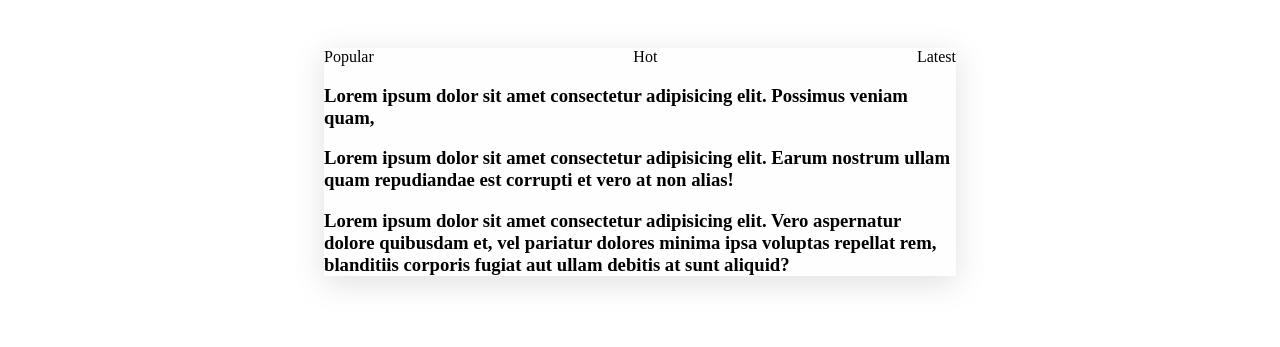
Repository: tungts3qb/Javascript
Page: tab.html
An editor plug-in stored every save of this project. The page is shown before and after the next save, followed by the edit.
The browser window is 1280 px wide. The pictures show the whole page.

Above is the page before, as saved 2022-12-25 00:51:20.

### tab.html
<!DOCTYPE html>
<html lang="en">
  <head>
    <meta charset="UTF-8" />
    <meta http-equiv="X-UA-Compatible" content="IE=edge" />
    <meta name="viewport" content="width=device-width, initial-scale=1.0" />
    <link rel="stylesheet" href="style.css" />
    <title>Tab</title>
  </head>
  <body>
    <div class="tab">
      <div class="tab-list">
        <div class="tab-item active">Popular</div>
        <div class="tab-item">Hot</div>
        <div class="tab-item">Latest</div>
      </div>
      <div class="tab-wrapper">
        <div class="tab-content active">
          <h3 class="post-title">
            Lorem ipsum dolor sit amet consectetur adipisicing elit. Possimus
            veniam quam,
          </h3>
        </div>

        <div class="tab-content">
          <h3 class="post-title">
            Lorem ipsum dolor sit amet consectetur adipisicing elit. Earum
            nostrum ullam quam repudiandae est corrupti et vero at non alias!
          </h3>
        </div>

        <div class="tab-content">
          <h3 class="post-title">
            Lorem ipsum dolor sit amet consectetur adipisicing elit. Vero
            aspernatur dolore quibusdam et, vel pariatur dolores minima ipsa
            voluptas repellat rem, blanditiis corporis fugiat aut ullam debitis
            at sunt aliquid?
          </h3>
        </div>
      </div>
    </div>
    <script src="./tab.js"></script>
  </body>
</html>

### style.css
.button {
  padding: 20px;
  color: white;
  background-color: #ffa400;
  border: 0;
  margin: 50px auto;
  display: block;
  width: 300px;
  font-family: "Poppins", sans-serif;
}

.change {
  display: block;
  padding: 15px 40px;
  border-radius: 10px;
  border: 0;
  color: white;
  font-family: "Poppins", sans-serif;
  margin: 50px auto;
  background-color: #3d6ef7;
}

.menu {
  width: 300px;
  position: fixed;
  top: 0;
  right: 0;
  bottom: 0;
  box-shadow: rgba(100, 100, 111, 0.2) 0px 7px 29px 0px;
  list-style: none;
  transform: translateX(100%);
  transition: transform 0.25s linear;
  margin-top: 0;
  margin-bottom: 0;
}

.menu.is-show {
  transform: translateX(0%);
}

.menu-link {
  display: block;
  padding: 20px 15px;
  color: #333;
  border-bottom: 1px solid #eee;
}

.header {
  padding: 20px;
  display: flex;
  align-items: center;
  justify-content: flex-end;
}

.menu-toggle {
  cursor: pointer;
  font-size: 30px;
  position: relative;
  z-index: 9999;
}

.menu-item a {
  text-decoration: none;
}

/* ============ Tab.html ============= */

.tab {
  margin: 3rem auto;
  width: 50%;
  background-color: #fefefe;
  box-shadow: rgba(100, 100, 111, 0.2) 0px 7px 29px 0px;
}

.tab-list {
  display: flex;
  justify-content: space-between;
  margin-top: 2.5rem;
}

Loaded but not shown: tab.js (no stored copy; drawn as an empty file)

After the next save:
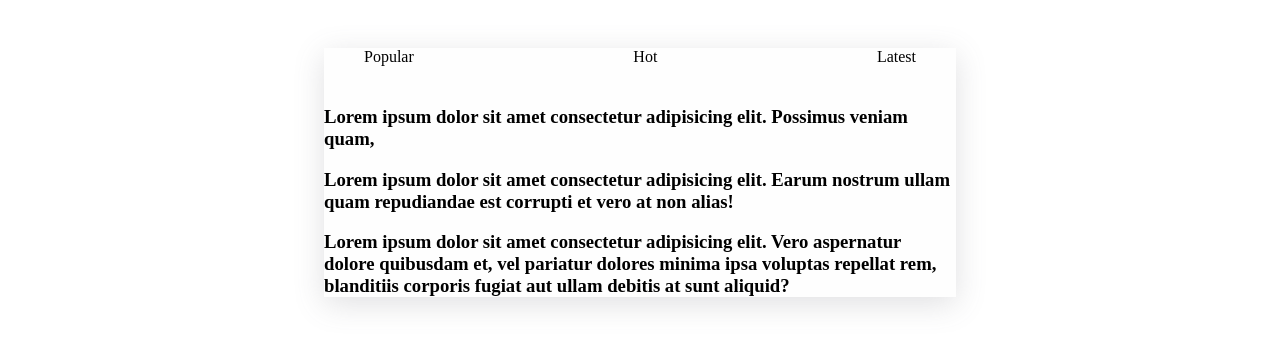
Saved 10 s later.
--- a/style.css
+++ b/style.css
@@ -75,5 +75,5 @@
 .tab-list {
   display: flex;
   justify-content: space-between;
-  margin-top: 2.5rem;
+  margin: 2.5rem;
 }
